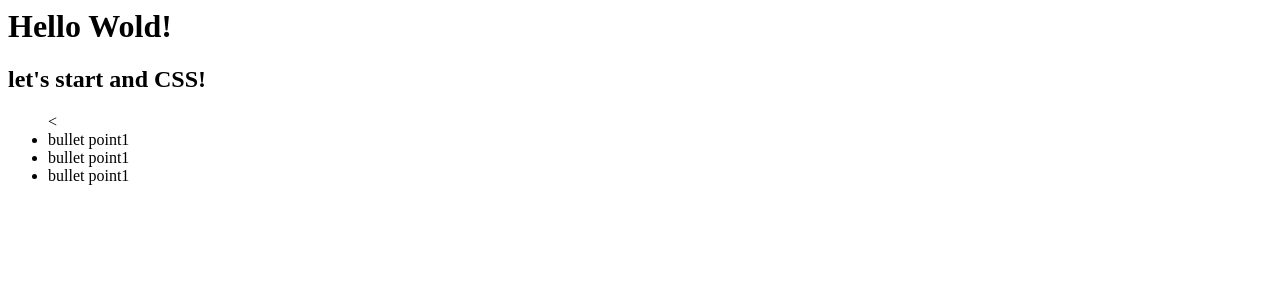
Repository: hatatatedai/samurai_HTML-CSS
Page: index2.html
The author's editor kept a record of every edit. The page is drawn from the files as they stood at one moment, then again after the next edit.
The browser window is 1280 px wide. The pictures show the whole page.

Above is the page before.

After the next edit:
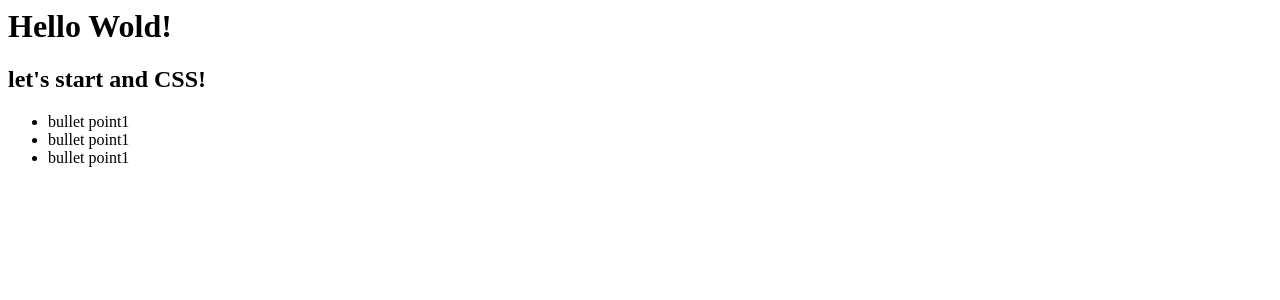
The edit:
--- a/index2.html
+++ b/index2.html
@@ -1,7 +1,7 @@
 <h1>Hello Wold!</h1>
 <h2>let's start and CSS!</h2>
 
-<ul><
+<ul>
     <li>bullet point1</li>
     <li>bullet point1</li>
     <li>bullet point1</li>
